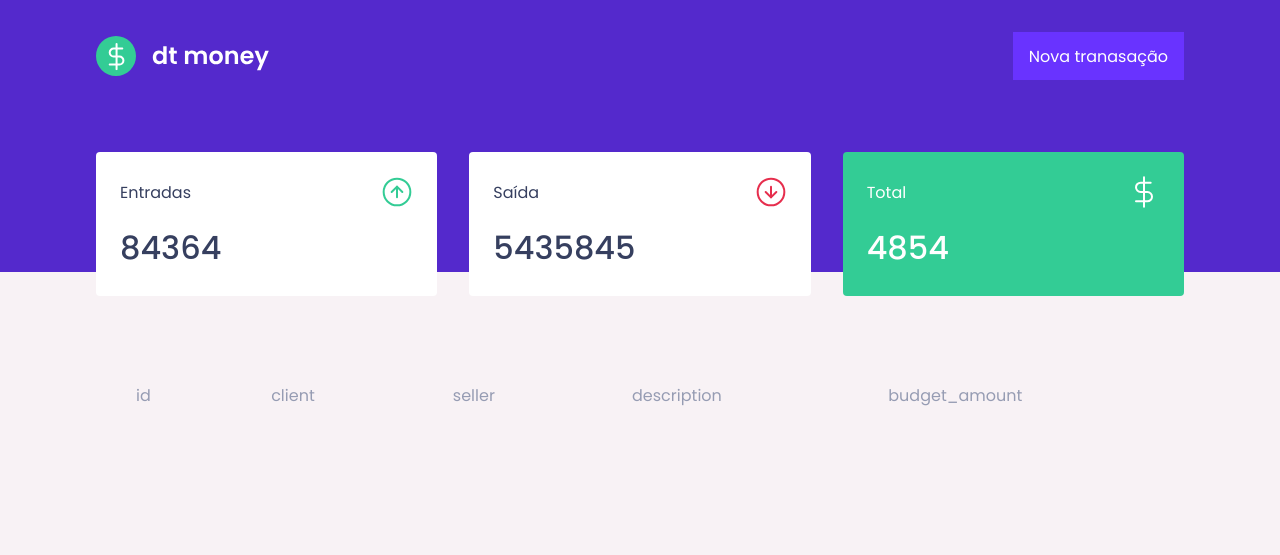
Repository: soualexandre/frentend-botOrcamentos
Page: /
These files come from the project's save history. The page is drawn as it stood at one moment and after the next save; the edit follows.
The browser window is 1280 px wide. The pictures show the whole page.
The page's requests for data from a server got no answer. The project was rebuilt for these pictures with package versions that can differ from the ones it lists, and the page was loaded fresh each time. No one was signed in, and anything a server would have sent is missing.

Above is the page before, as saved 2021-07-16 15:19:50.

After the next save:
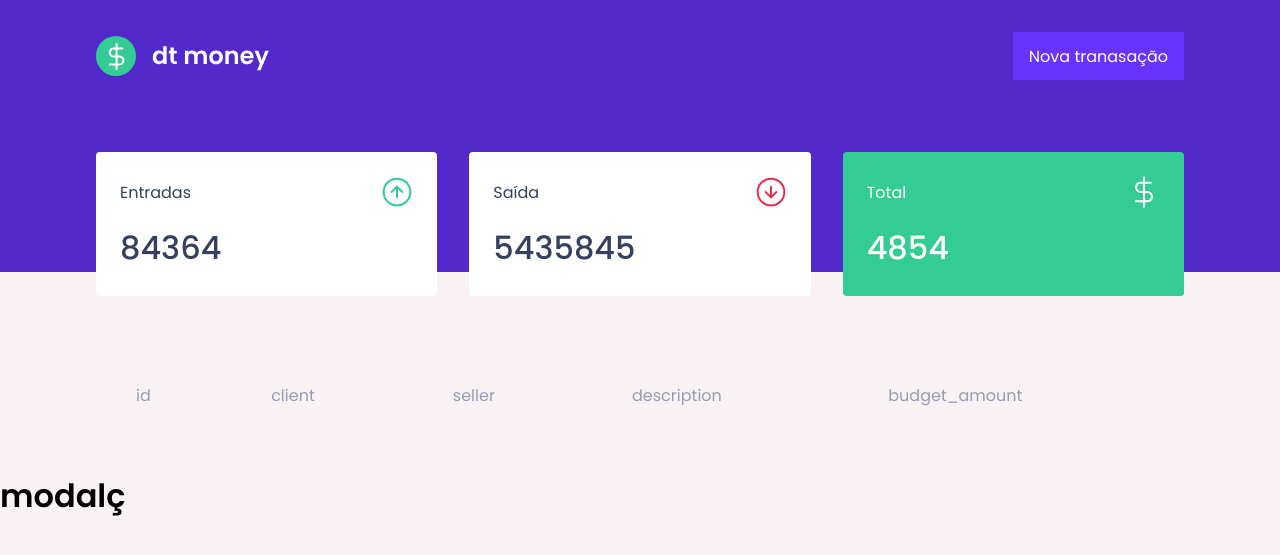
Saved 105 s later.
--- a/src/App.tsx
+++ b/src/App.tsx
@@ -22,9 +22,9 @@
     <TransacticionsProvider>
       <Header  onOpenNewTransactionModal={hadleOpenNewTransactionModal}/>
       <Dashboard />
-      {/* <NewTransactionModal
+      <NewTransactionModal
       isOpen={isNewTransactionModalOpen}
-      onRequestClose={hadleCloseNewTransactionModal}/> */}
+      onRequestClose={hadleCloseNewTransactionModal}/>
       <GlobalStyle />
     </TransacticionsProvider>
   );
